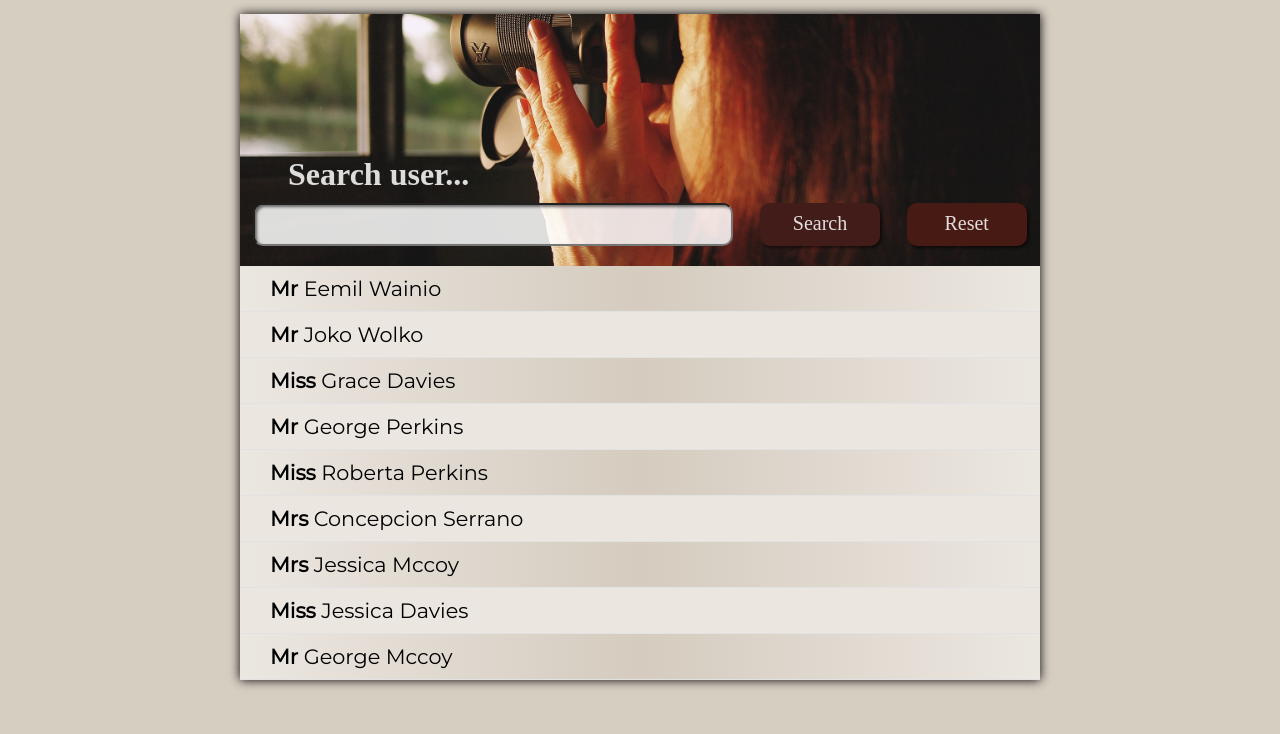
Repository: KrzysKolo/sr_tydzien5_zad4
Page: /
An editor plug-in stored every save of this project. The page is shown before and after the next save, followed by the edit.
The browser window is 1280 px wide. The pictures show the whole page.
The pointer rests on the first visible `.header__search-btn`.
Some web fonts or font styles are not loaded; a fallback is used. The project was rebuilt for these pictures with package versions that can differ from the ones it lists, and the page was loaded fresh each time.

Above is the page before, as saved 2021-01-03 06:48:30.

After the next save:
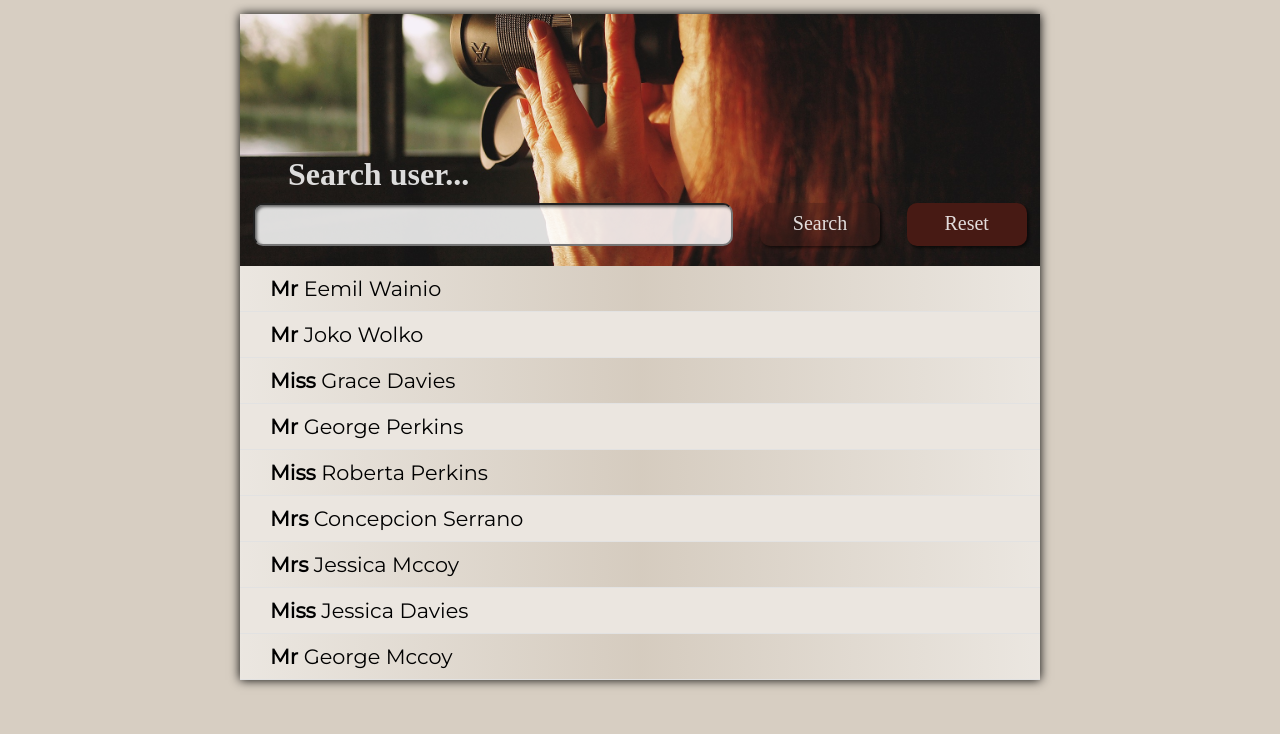
Saved 40 s later.
--- a/src/App.css
+++ b/src/App.css
@@ -58,7 +58,7 @@ section {
   cursor: pointer;
 }
 .header__search-btn:hover {
-  background: rgb(65, 28, 24);
+  background: rgba(65, 28, 24, 0.4);
 }
 .user {
   font-size: 1.3rem;
